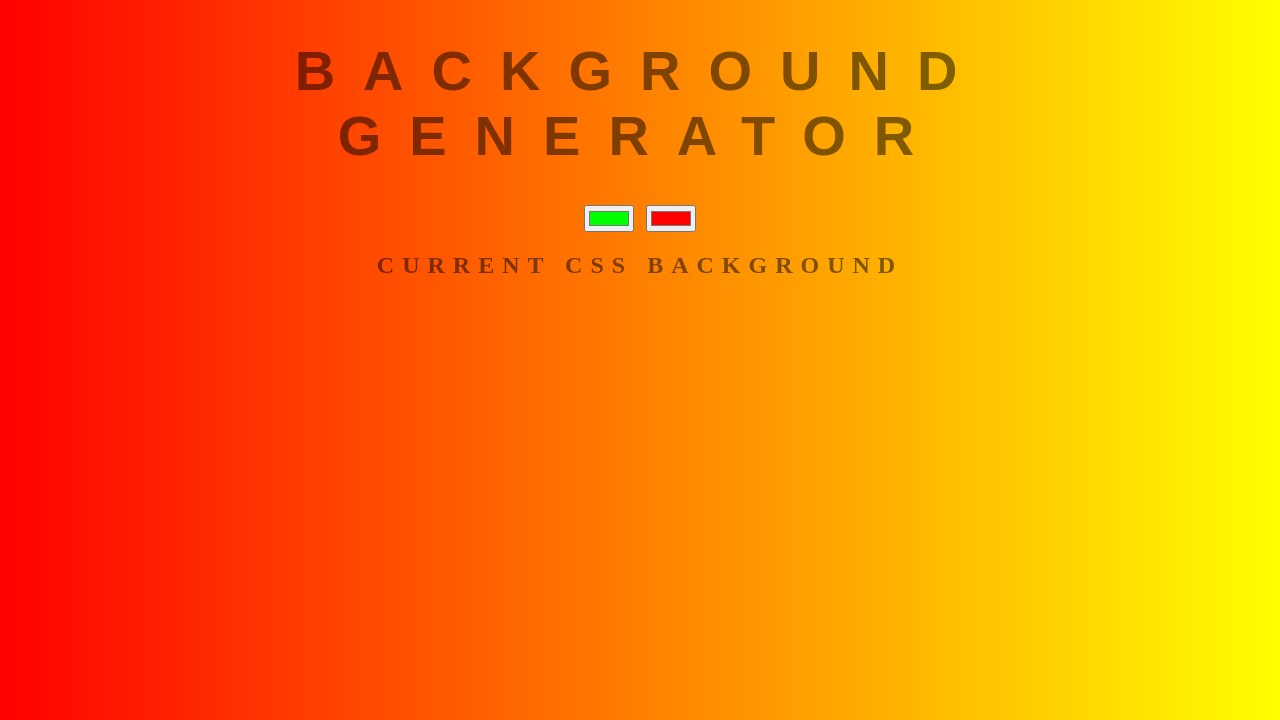
Repository: DimitrisDoxopoulos/background-generator
Page: index.html
An editor plug-in stored every save of this project. The page is shown before and after the next save, followed by the edit.
The browser window is 1280 px wide. The pictures show the whole page.

Above is the page before, as saved 2021-05-11 12:04:10.

### index.html
<!DOCTYPE html>
<html lang="en">
<head>
    <meta charset="UTF-8">
    <meta http-equiv="X-UA-Compatible" content="IE=edge">
    <meta name="viewport" content="width=device-width, initial-scale=1.0">
    <link rel="stylesheet" href="style.css">

    <title>Gradient Background</title>
</head>
<body id="gradient">
    <h1>Background Generator</h1>
    <input class="color1" type="color" name="color1" value="#00ff00">
    <input class="color2" type="color" name="color2" value="#ff0000">
    <h2>Current CSS Background</h2>
    <h3></h3>

    <script src="script.js"></script>
</body>
</html>

### script.js
var css = document.querySelector("h3");
var color1 = document.querySelector(".color1");
var color2 = document.querySelector(".color2");
var body = document.getElementById("gradient");

color1.addEventListener("input", setGradient);

color2.addEventListener("input", setGradient);

function setGradient () {
    body.style.background = "linear-gradient(to right," + color1.value + ", " + color2.value + ")";
    css.textContent = body.style.background + ";";
}

Loaded but not shown: style.css (common file)

After the next save:
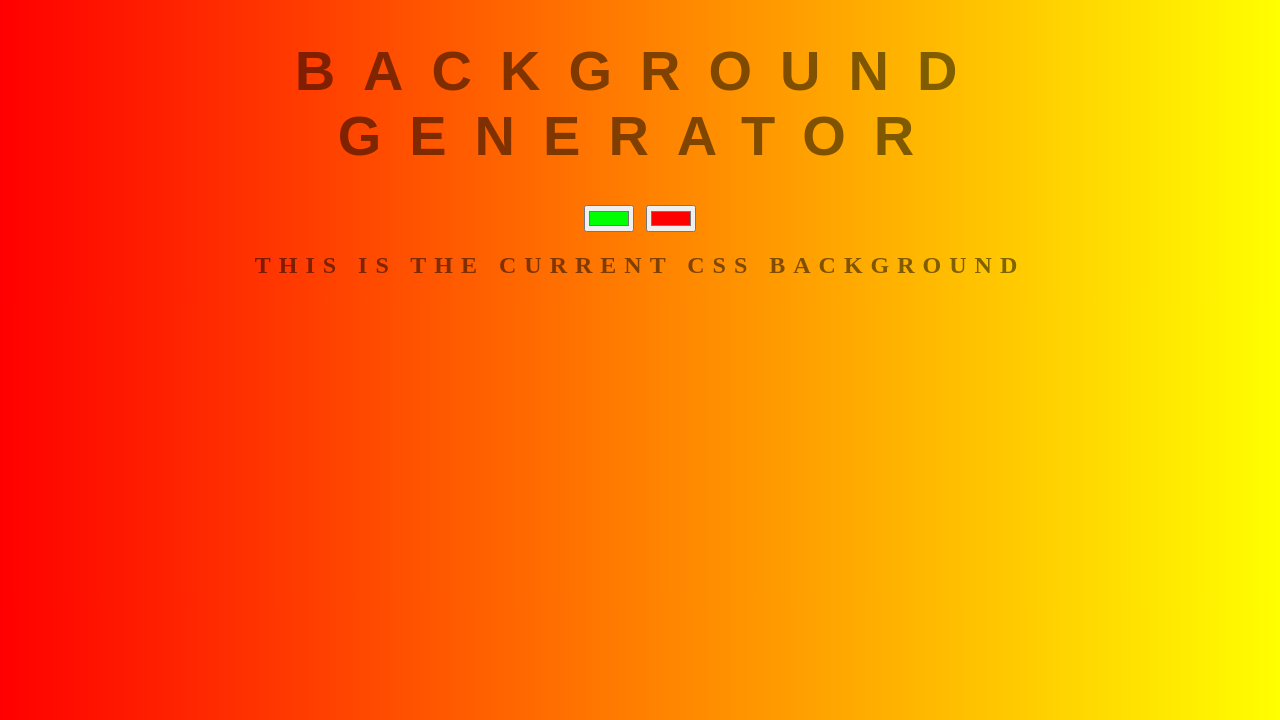
Saved 3 days later.
--- a/index.html
+++ b/index.html
@@ -12,7 +12,7 @@
     <h1>Background Generator</h1>
     <input class="color1" type="color" name="color1" value="#00ff00">
     <input class="color2" type="color" name="color2" value="#ff0000">
-    <h2>Current CSS Background</h2>
+    <h2>This is the Current CSS Background</h2>
     <h3></h3>
 
     <script src="script.js"></script>

After the save that followed:
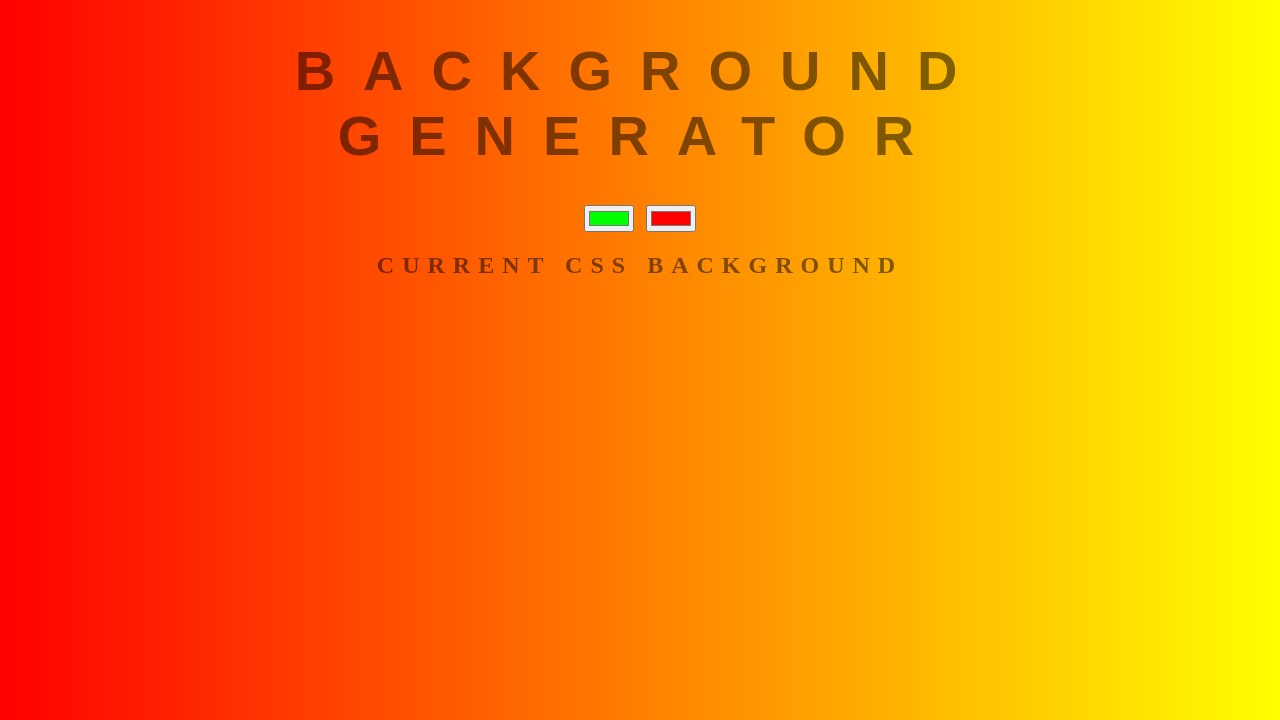
Saved 7 min 1 s later.
--- a/index.html
+++ b/index.html
@@ -12,7 +12,7 @@
     <h1>Background Generator</h1>
     <input class="color1" type="color" name="color1" value="#00ff00">
     <input class="color2" type="color" name="color2" value="#ff0000">
-    <h2>This is the Current CSS Background</h2>
+    <h2>Current CSS Background</h2>
     <h3></h3>
 
     <script src="script.js"></script>
